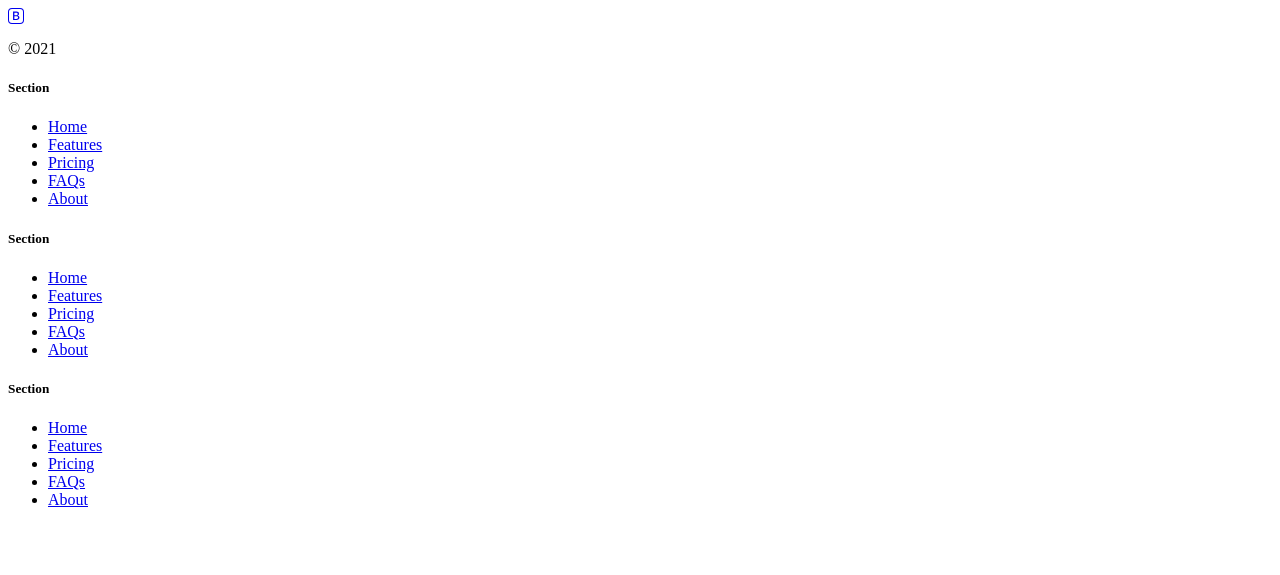
Repository: Tobias-1991/CST-339
Page: http://localhost/layouts/footer
These files come from the project's save history. The page is drawn as it stood at one moment and after the next save; the edit follows.
The browser window is 1280 px wide. The pictures show the whole page.
The page is this project's Thymeleaf template; nobody is signed in. The template is opened directly, without the code that normally fills it, so the values that code supplies are empty.

Above is the page before, as saved 2022-03-20 02:20:08.

### JavaProject/JavaProject/src/main/resources/templates/layouts/footer.html
<footer th:fragment="footer" class="row row-cols-5 py-5 my-5 border-top">
    <div class="col">
      <a href="/" class="d-flex align-items-center mb-3 link-dark text-decoration-none">
        <svg xmlns="http://www.w3.org/2000/svg" width="16" height="16" fill="currentColor" class="bi bi-bootstrap" viewBox="0 0 16 16">
  <path d="M5.062 12h3.475c1.804 0 2.888-.908 2.888-2.396 0-1.102-.761-1.916-1.904-2.034v-.1c.832-.14 1.482-.93 1.482-1.816 0-1.3-.955-2.11-2.542-2.11H5.062V12zm1.313-4.875V4.658h1.78c.973 0 1.542.457 1.542 1.237 0 .802-.604 1.23-1.764 1.23H6.375zm0 3.762V8.162h1.822c1.236 0 1.887.463 1.887 1.348 0 .896-.627 1.377-1.811 1.377H6.375z"/>
  <path d="M0 4a4 4 0 0 1 4-4h8a4 4 0 0 1 4 4v8a4 4 0 0 1-4 4H4a4 4 0 0 1-4-4V4zm4-3a3 3 0 0 0-3 3v8a3 3 0 0 0 3 3h8a3 3 0 0 0 3-3V4a3 3 0 0 0-3-3H4z"/>
</svg>
      </a>
      <p class="text-muted">© 2021</p>
    </div>

    <div class="col">

    </div>

    <div class="col">
      <h5>Section</h5>
      <ul class="nav flex-column">
        <li class="nav-item mb-2"><a href="#" class="nav-link p-0 text-muted">Home</a></li>
        <li class="nav-item mb-2"><a href="#" class="nav-link p-0 text-muted">Features</a></li>
        <li class="nav-item mb-2"><a href="#" class="nav-link p-0 text-muted">Pricing</a></li>
        <li class="nav-item mb-2"><a href="#" class="nav-link p-0 text-muted">FAQs</a></li>
        <li class="nav-item mb-2"><a href="#" class="nav-link p-0 text-muted">About</a></li>
      </ul>
    </div>

    <div class="col">
      <h5>Section</h5>
      <ul class="nav flex-column">
        <li class="nav-item mb-2"><a href="#" class="nav-link p-0 text-muted">Home</a></li>
        <li class="nav-item mb-2"><a href="#" class="nav-link p-0 text-muted">Features</a></li>
        <li class="nav-item mb-2"><a href="#" class="nav-link p-0 text-muted">Pricing</a></li>
        <li class="nav-item mb-2"><a href="#" class="nav-link p-0 text-muted">FAQs</a></li>
        <li class="nav-item mb-2"><a href="#" class="nav-link p-0 text-muted">About</a></li>
      </ul>
    </div>

    <div class="col">
      <h5>Section</h5>
      <ul class="nav flex-column">
        <li class="nav-item mb-2"><a href="#" class="nav-link p-0 text-muted">Home</a></li>
        <li class="nav-item mb-2"><a href="#" class="nav-link p-0 text-muted">Features</a></li>
        <li class="nav-item mb-2"><a href="#" class="nav-link p-0 text-muted">Pricing</a></li>
        <li class="nav-item mb-2"><a href="#" class="nav-link p-0 text-muted">FAQs</a></li>
        <li class="nav-item mb-2"><a href="#" class="nav-link p-0 text-muted">About</a></li>
      </ul>
    </div>
  </footer>

After the next save:
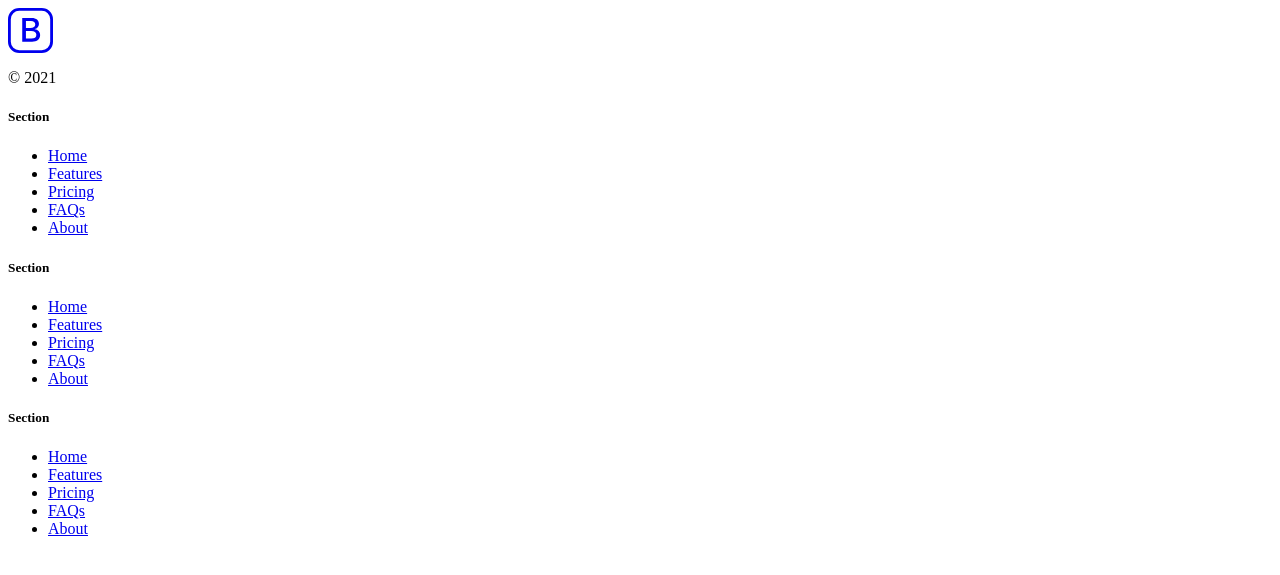
Saved 37 s later.
--- a/JavaProject/JavaProject/src/main/resources/templates/layouts/footer.html
+++ b/JavaProject/JavaProject/src/main/resources/templates/layouts/footer.html
@@ -1,7 +1,7 @@
 <footer th:fragment="footer" class="row row-cols-5 py-5 my-5 border-top">
     <div class="col">
       <a href="/" class="d-flex align-items-center mb-3 link-dark text-decoration-none">
-        <svg xmlns="http://www.w3.org/2000/svg" width="16" height="16" fill="currentColor" class="bi bi-bootstrap" viewBox="0 0 16 16">
+        <svg xmlns="http://www.w3.org/2000/svg" width="45" height="45" fill="currentColor" class="bi bi-bootstrap" viewBox="0 0 16 16">
   <path d="M5.062 12h3.475c1.804 0 2.888-.908 2.888-2.396 0-1.102-.761-1.916-1.904-2.034v-.1c.832-.14 1.482-.93 1.482-1.816 0-1.3-.955-2.11-2.542-2.11H5.062V12zm1.313-4.875V4.658h1.78c.973 0 1.542.457 1.542 1.237 0 .802-.604 1.23-1.764 1.23H6.375zm0 3.762V8.162h1.822c1.236 0 1.887.463 1.887 1.348 0 .896-.627 1.377-1.811 1.377H6.375z"/>
   <path d="M0 4a4 4 0 0 1 4-4h8a4 4 0 0 1 4 4v8a4 4 0 0 1-4 4H4a4 4 0 0 1-4-4V4zm4-3a3 3 0 0 0-3 3v8a3 3 0 0 0 3 3h8a3 3 0 0 0 3-3V4a3 3 0 0 0-3-3H4z"/>
 </svg>
